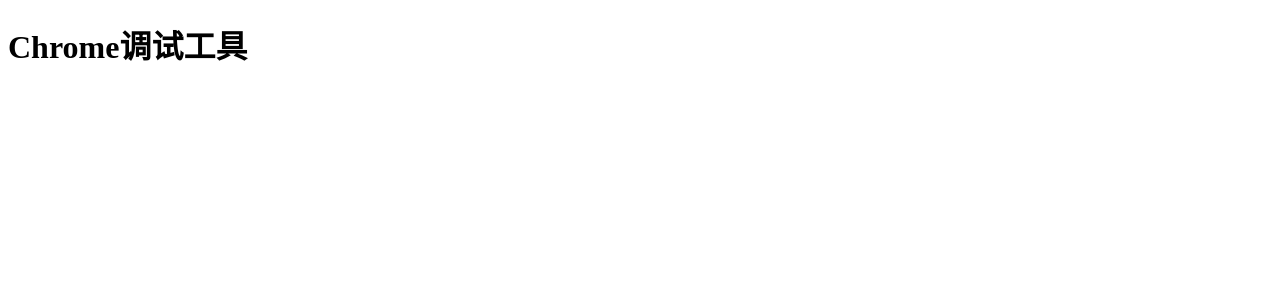
Repository: zhengdeya/web-based
Page: 17-Chrome调试工具.html
The author's editor kept a copy of each file at every save. The page is drawn from the files as they stood at one save, then again after the next save.
The browser window is 1280 px wide. The pictures show the whole page.

Above is the page before, as saved 2021-03-28 16:33:43.

### 17-Chrome调试工具.html
<!DOCTYPE html>
<html lang="en">
<head>
    <meta charset="UTF-8">
    <meta http-equiv="X-UA-Compatible" content="IE=edge">
    <meta name="viewport" content="width=device-width, initial-scale=1.0">
    <title>Chrome调试工具</title>
</head>
<body>
    <h1>Chrome调试工具</h1>
</body>
</html>

After the next save:
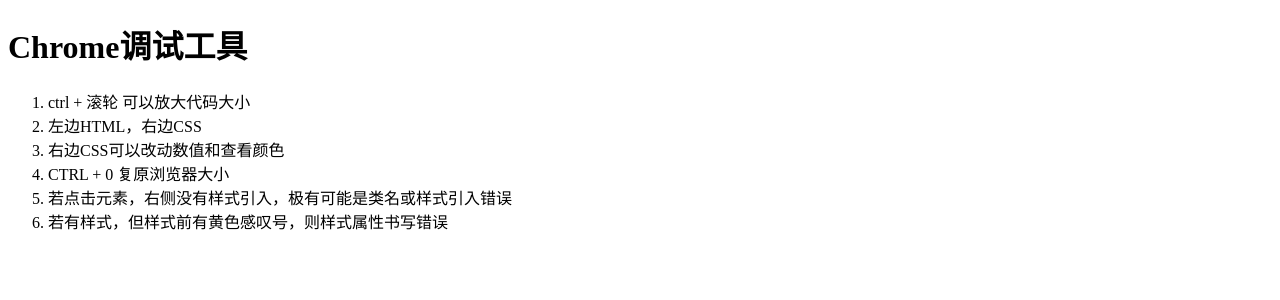
Saved 4 min 26 s later.
--- a/17-Chrome调试工具.html
+++ b/17-Chrome调试工具.html
@@ -8,5 +8,13 @@
 </head>
 <body>
     <h1>Chrome调试工具</h1>
+    <ol>
+        <li>ctrl + 滚轮 可以放大代码大小</li>
+        <li>左边HTML，右边CSS</li>
+        <li>右边CSS可以改动数值和查看颜色</li>
+        <li>CTRL + 0 复原浏览器大小</li>
+        <li>若点击元素，右侧没有样式引入，极有可能是类名或样式引入错误 </li>
+        <li>若有样式，但样式前有黄色感叹号，则样式属性书写错误</li>
+    </ol>
 </body>
 </html>
